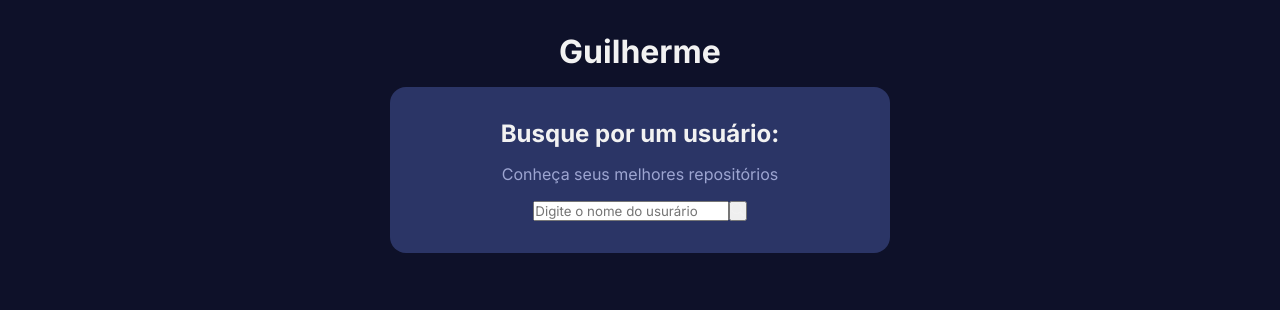
Repository: guilhermecardoso93/github-finder
Page: /
The author's editor kept a copy of each file at every save. The page is drawn from the files as they stood at one save, then again after the next save.
The browser window is 1280 px wide. The pictures show the whole page.
The project was rebuilt for these pictures with package versions that can differ from the ones it lists, and the page was loaded fresh each time. Also part of the build but not shown: vite.config.ts.

Above is the page before, as saved 2024-10-24 19:49:33.

### index.html
<!doctype html>
<html lang="en">

<head>
    <meta charset="UTF-8" />
    <link rel="icon" type="image/svg+xml" href="/" />
    <link rel="preconnect" href="https://fonts.googleapis.com">
    <link rel="preconnect" href="https://fonts.gstatic.com" crossorigin>
    <link href="https://fonts.googleapis.com/css2?family=Inter:ital,opsz,wght@0,14..32,100..900;1,14..32,100..900&display=swap" rel="stylesheet">
    <meta name="viewport" content="width=device-width, initial-scale=1.0" />
    <title>GitHub Finder </title>
</head>

<body>
    <div id="root"></div>
    <script type="module" src="/src/main.tsx"></script>
</body>

</html>

### src/main.tsx
import { createBrowserRouter, RouterProvider } from "react-router-dom";
import { StrictMode } from "react";
import { createRoot } from "react-dom/client";
import { App } from "./App.tsx";
import "./index.css";

//Pages
import { Home } from "./routes/Home.tsx";

const router = createBrowserRouter([
  {
    path: "/",
    element: <App />,
    children: [
      {
        path: "/",
        element: <Home />,
      },
    ],
  },
]);

createRoot(document.getElementById("root")!).render(
  <StrictMode>
    <RouterProvider router={router} />
  </StrictMode>
);

### src/App.tsx
import { Outlet } from "react-router-dom";

import classes from './App.module.css';

export const App = () => {
  return (
    <div className={classes.app}>
      <h1>Guilherme</h1>
      <Outlet />
    </div>
  );
};

### src/index.css
* {
  padding: 0;
  margin: 0;
  box-sizing: border-box;
  font-family: "Inter", serif;
  font-optical-sizing: auto;
  color: #f2f2f2;
}

body {
  background-color: #0e1129;
  padding: 2rem;
}

p {
  text-align: center;
}

a {
  text-decoration: none;
}

### src/routes/Home.tsx
import { useState } from "react";
import { UserProps } from "../@types/user";
import { Search } from "../components/Search";

export const Home = () => {
  const [user, setUser] = useState<UserProps | null>(null);

  async function loadUser(userName: string) {
    const res = await fetch(`https://api.github.com/users/${userName}`);
    const data = await res.json();

    const { avatar_url, login, location, followers, following } = data;

    const userData: UserProps = {
      avatar_url,
      login,
      location,
      followers,
      following,
    };

    setUser(userData);
  }

  return (
    <>
      <Search loadUser={loadUser} />
      {
        user && <p>{user.login}</p>
      }
    </>
  );
};

### src/App.module.css
.app {
  max-width: 500px;
  margin: 0 auto;
}

.app h1 {
  text-align: center;
  margin-bottom: 1rem;
}

### src/components/Search/index.tsx
import { useState } from "react";
import { BsSearch } from "react-icons/bs";

import classes from './styles.module.css'

type SearchProps = {
  loadUser: (userName: string) => Promise<void>;
};

export const Search = ({ loadUser }: SearchProps) => {
  const [userName, setUserName] = useState("");

  return (
    <div className={classes.container}>
      <h2>Busque por um usuário:</h2>
      <p>Conheça seus melhores repositórios</p>
      <div>
        <input
          type="text"
          placeholder="Digite o nome do usurário"
          onChange={(e) => setUserName(e.target.value)}
        />
        <button onClick={() => loadUser(userName)}>
          <BsSearch />
        </button>
      </div>
    </div>
  );
};

### src/components/Search/styles.module.css
.container {
  background-color: #2b3566;
  padding: 2rem;
  border-radius: 1rem;
  gap: 1rem;
  display: flex;
  flex-direction: column;
  align-items: center;
  justify-content: center;
  margin-bottom: 2rem;
}

.container p {
  color: #9da5d1;
}

.search_input {
  display: flex;
  gap: .5rem;
}

.search_input input,
.search_input input {
  padding: .6rem;
}

After the next save:
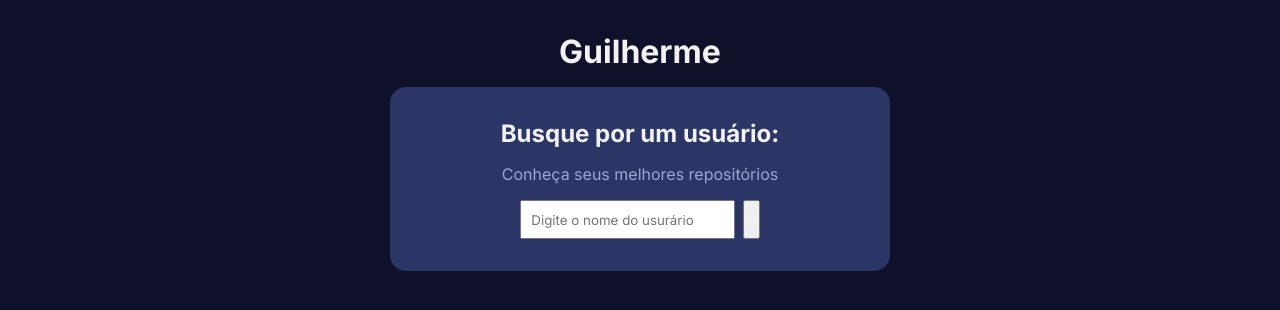
Saved 30 s later.
--- a/src/components/Search/index.tsx
+++ b/src/components/Search/index.tsx
@@ -14,7 +14,7 @@ export const Search = ({ loadUser }: SearchProps) => {
     <div className={classes.container}>
       <h2>Busque por um usuário:</h2>
       <p>Conheça seus melhores repositórios</p>
-      <div>
+      <div className={classes.search_input}>
         <input
           type="text"
           placeholder="Digite o nome do usurário"
